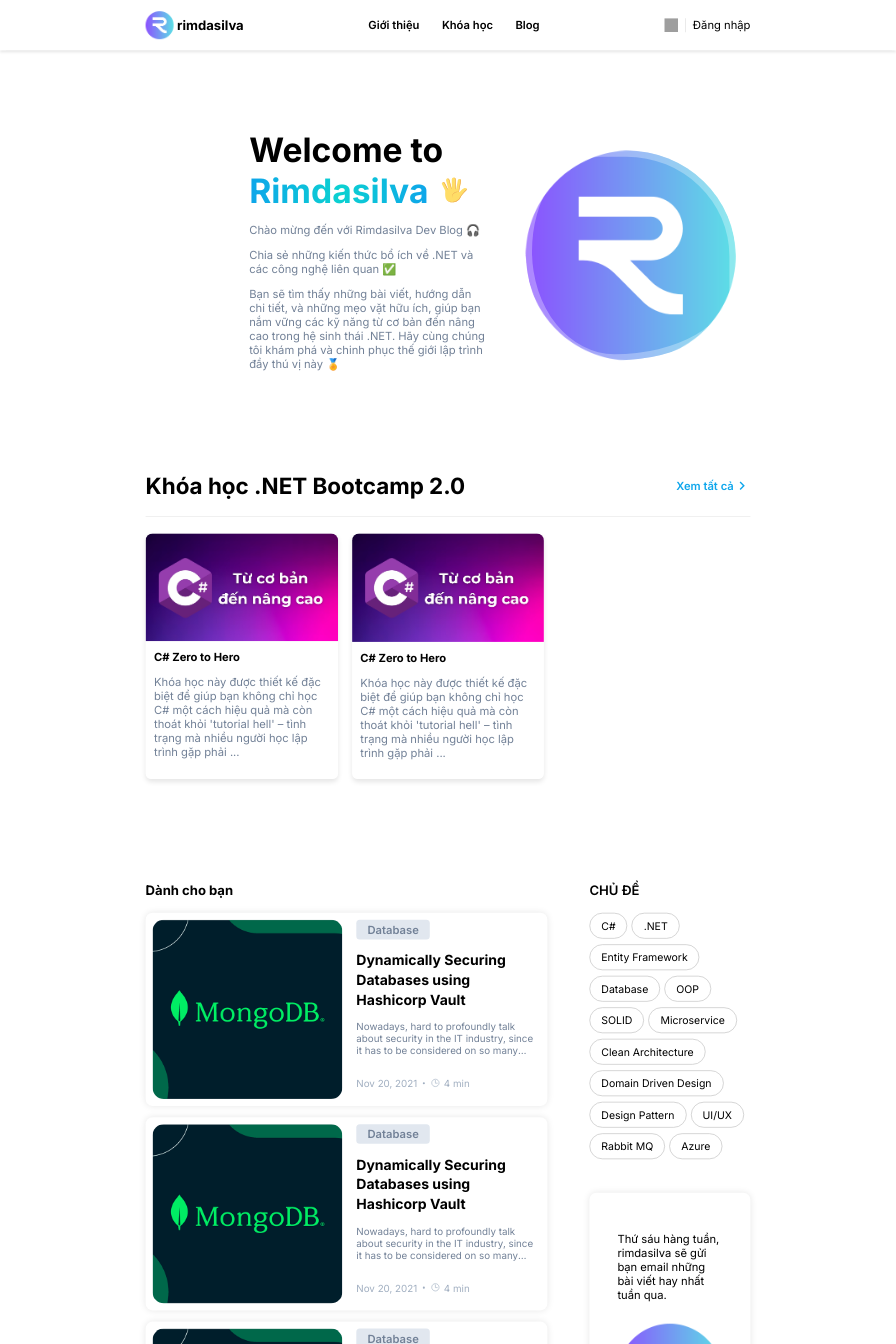
Repository: longblue2910/rimdasilva-blog-ui
Page: /
These files come from the project's save history. The page is drawn as it stood at one moment and after the next save; the edit follows.
The browser window is 1280 px wide. The pictures show the part of the page from y = 0 to 1920 px (the page is 3277 px tall), at 70% of full size.
Pictures or frames that could not be fetched are drawn as grey boxes. The page's requests for data from a server got no answer. The project was rebuilt for these pictures with package versions that can differ from the ones it lists, and the page was loaded fresh each time. The framework's server and built-in components were replaced by stand-ins that run in the browser. No one was signed in, and anything a server would have sent is missing. Also part of the build but not shown: next.config.js, src/components/notification/notification.module.css, src/components/notification/Notification.tsx.

Above is the page before, as saved 2024-08-05 23:17:26.

### src/app/layout.js
import Navbar from "@/components/navbar/Navbar";

import "./globals.css";
import Footer from "@/components/footer/Footer";
import { ThemeContextProvider } from "@/context/ThemeContext";
import ThemeProvider from "@/providers/ThemeProvider";
import { Inter, Noto_Sans } from "next/font/google";
import AuthProvider from "@/providers/AuthProvider";
import { ProgressProvider } from "@/context/ProgressContext";
import "@ionic/react/css/core.css"; // Import CSS chính của Ionic

import Head from "next/head";

const inter = Inter({
  subsets: ["vietnamese"],
  weight: ["300", "400", "500", "600", "700"], // Chỉ định các trọng lượng font mong muốn ở đây
});

export const metadata = {
  title: "Rimdasilva - EZ Coding",
  description: "Rimdasilva - EZ Coding",
  // icons: {
  //   icon: [
  //     {
  //       url: "/favicon.ico", // /public path
  //       href: "/favicon.ico", // /public path
  //     },
  //   ],
  // },
};

export default function RootLayout({ children }) {
  return (
    <html lang="en">
      <head>
        <link rel="icon" href="/favicon.ico" />
      </head>
      <body className={inter.className}>
        <AuthProvider>
          <ThemeContextProvider>
            <ThemeProvider>
              <ProgressProvider>
                <div className="container">
                  <div className="wrapper">
                    <Navbar />
                    {children}
                  </div>
                  <Footer />
                </div>
              </ProgressProvider>
            </ThemeProvider>
          </ThemeContextProvider>
        </AuthProvider>
      </body>
    </html>
  );
}

### src/app/page.jsx
import BlogCardList from "@/components/blogCardList/BlogCardList";
import styles from "./homepage.module.css";
import CardRectangleList from "@/components/cardRectangleList/CardRectangleList";
import Aside from "@/components/aside/Aside";
import Hero from "@/components/hero/Hero";

export default function Home({ searchParams }) {
  const page = parseInt(searchParams.page) || 1;

  return (
    <div className="section">
      <Hero />
      <CardRectangleList title={"Khóa học .NET Bootcamp 2.0"} size={2} />
      <div className={styles.blog}>
        <BlogCardList />
        <Aside />
      </div>
    </div>
  );
}

### src/context/ThemeContext.jsx
"use client";

import { createContext, useEffect, useState } from "react";
import { ThemeProvider, createTheme } from "@mui/material/styles";

export const ThemeContext = createContext();

const getFromLocalStorage = () => {
  if (typeof window !== "undefined") {
    const value = localStorage.getItem("theme");
    return value || "light";
  }
};

export const ThemeContextProvider = ({ children }) => {
  const [theme, setTheme] = useState(() => {
    return getFromLocalStorage();
  });

  const toggle = () => {
    setTheme((prevTheme) => (prevTheme === "light" ? "dark" : "light"));
  };

  useEffect(() => {
    localStorage.setItem("theme", theme);
  }, [theme]);

  const muiTheme = createTheme({
    palette: {
      mode: theme,
    },
  });

  return (
    <ThemeProvider theme={muiTheme}>
      <ThemeContext.Provider value={{ theme, toggle }}>
        {children}
      </ThemeContext.Provider>
    </ThemeProvider>
  );
};

### src/context/ProgressContext.tsx
"use client";

// ProgressContext.tsx
import React, { createContext, useState, useContext, ReactNode } from "react";

interface ProgressContextProps {
  isNavigating: boolean;
  startNavigation: () => void;
}

const ProgressContext = createContext<ProgressContextProps | undefined>(
  undefined
);

export const ProgressProvider: React.FC<{ children: ReactNode }> = ({
  children,
}) => {
  const [isNavigating, setIsNavigating] = useState(false);

  const startNavigation = () => {
    setIsNavigating(true);
    setTimeout(() => setIsNavigating(false), 500); // Giả sử thời gian điều hướng là 500ms
  };

  return (
    <ProgressContext.Provider value={{ isNavigating, startNavigation }}>
      {children}
    </ProgressContext.Provider>
  );
};

export const useProgress = (): ProgressContextProps => {
  const context = useContext(ProgressContext);
  if (context === undefined) {
    throw new Error("useProgress must be used within a ProgressProvider");
  }
  return context;
};

### src/components/blogCardList/BlogCardList.tsx
import styles from "./blogCardList.module.css";
import BlogCard from "../blogCard/BlogCard";

const BlogCardList = () => {
  const renderBlogCards = () => {
    const cardRectangles = [];
    for (let i = 0; i < 5; i++) {
      cardRectangles.push(<BlogCard />);
    }
    return cardRectangles;
  };

  return (
    <div className="section">
      <div className={styles.cardListHeader}>
        <h3 className={styles.title}>Dành cho bạn</h3>
        {/* <Link href="/" className={`${styles.getAll} hover1`}>
          Xem tất cả
          <KeyboardArrowRightIcon />
        </Link> */}
      </div>
      <div className={styles.cardList}>{renderBlogCards()}</div>
    </div>
  );
};

export default BlogCardList;

### src/app/homepage.module.css
.content {
  display: flex;
  gap: 50px;
}

.blog {
  display: grid;
  grid-template-columns: 5fr 2fr;
  gap: 60px;
}

### src/components/cardRectangleList/CardRectangleList.tsx
import styles from "./cardList.module.css";
import CardRectangle from "../cardRectangle/CardRectangle";
import Link from "next/link";
import KeyboardArrowRightIcon from "@mui/icons-material/KeyboardArrowRight";
import { Divider } from "@mui/material";

const CardRectangleList = ({ title, isPremium, size }) => {
  console.log(title);

  const renderCardRectangles = () => {
    const cardRectangles = [];
    for (let i = 0; i < size; i++) {
      cardRectangles.push(<CardRectangle isPremium={isPremium} />);
    }
    return cardRectangles;
  };

  return (
    <div className="section">
      <div className={styles.cardListHeader}>
        <h3 className="title">{title}</h3>
        <Link href="/" className={`${styles.getAll} hover1`}>
          Xem tất cả
          <KeyboardArrowRightIcon />
        </Link>
      </div>
      <Divider sx={{ margin: "1.5rem 0" }} />
      <div className={styles.cardList}>{renderCardRectangles()}</div>
    </div>
  );
};

export default CardRectangleList;

### src/components/aside/Aside.tsx
import Image from "next/image";
import Category from "../category/Category";
import styles from "./aside.module.css";

const Aside = () => {
  return (
    <div className="section">
      <div className={styles.topic}>
        <h3 className={styles.topicTitle}>Chủ đề</h3>
        <div className={styles.topicList}>
          <Category categoryName={"C#"} />
          <Category categoryName={".NET"} />
          <Category categoryName={"Entity Framework"} />
          <Category categoryName={"Database"} />
          <Category categoryName={"OOP"} />
          <Category categoryName={"SOLID"} />
          <Category categoryName={"Microservice"} />
          <Category categoryName={"Clean Architecture"} />
          <Category categoryName={"Domain Driven Design"} />
          <Category categoryName={"Design Pattern"} />
          <Category categoryName={"UI/UX"} />
          <Category categoryName={"Rabbit MQ"} />
          <Category categoryName={"Azure"} />
        </div>
      </div>
      <div className={styles.sidebar}>
        <p>
          Thứ sáu hàng tuần, rimdasilva sẽ gửi bạn email những bài viết hay nhất
          tuần qua.
        </p>
        <Image
          src="/logo.png"
          width={150}
          height={150}
          alt="Logo"
          objectFit="cover"
          loading="lazy"
        />
        <p>Nếu không muốn bỏ lỡ, bạn có thể đăng ký tại đây</p>
      </div>
    </div>
  );
};

export default Aside;

### src/components/themeToggle/ThemeToggle.jsx
"use client";

import React, { useContext } from "react";
import styles from "./themeToggle.module.css";
import Image from "next/image";
import { ThemeContext } from "@/context/ThemeContext";

const ThemeToggle = () => {
  const { toggle, theme } = useContext(ThemeContext);

  return (
    <div className={styles.container} onClick={toggle}>
      {theme === "dark" ? (
        <Image
          src="/sun.png"
          alt="moon"
          width={20}
          height={20}
          className="hover1"
        />
      ) : (
        <Image
          src="/sleep-mode_4906399.png"
          alt="moon"
          width={20}
          height={20}
          className="hover1"
        />
      )}
      <span className={styles.themeFill}></span>
    </div>
  );
};

export default ThemeToggle;

### src/components/progressBar/ProgressBar.tsx
// ProgressBar.tsx
import React from "react";
import styles from "./progressBar.module.css";

interface ProgressBarProps {
  isVisible: boolean;
}

const ProgressBar: React.FC<ProgressBarProps> = ({ isVisible }) => {
  return (
    <div
      className={`${styles.progressBar} ${isVisible ? styles.visible : ""}`}
    ></div>
  );
};

export default ProgressBar;

### src/components/footer/footer.module.css
.footer {
  padding-inline: 20px;
  /* border-radius: var(--radius-48); */
  color: var(--text-wild-blue-yonder);
  width: 100%;
  box-shadow: 0 -4px 6px rgba(0, 0, 0, 0.1);
  margin-top: 100px;
  background-color: var(--bg-oxford-blue-2);
  bottom: 0;
}

.footer h3 {
  color: var(--text-wild-blue-yonder);
}

.footerTop {
  display: grid;
  grid-template-columns: repeat(4, 1fr);
  grid-gap: 40px;
  padding-inline: 120px;
  padding-block: 40px;
}

.footerText {
  color: var(--footerText);
  line-height: var(--lineHeight-1);
  margin-block: 8px;
  font-size: 14px;
}

.logo {
  display: flex;
  align-items: center;
}

.logoText {
  color: #38b6ff;
}

.logoImg {
  background-color: var(--bg); /* Đảm bảo không có nền */
}

.footerBrand .footerListTitle {
  margin-block-end: 2px;
}

.footerListTitle {
  color: var(--textColor);
  font-size: var(--fontSize-7);
  margin-block-end: 30px;
}

.footerLink {
  padding-bottom: 12px;
}

.footer ion-icon {
  position: absolute;
  top: 50%;
  left: 0;
  transform: translateY(-50%);
  --ionicon-stroke-width: 40px;
}

.footerBottom {
  border-block-start: 1px solid var(--border-prussian-blue);
  padding-block: 20px;
  padding-inline: 120px;
}

.footerBottomContainer {
  display: flex;
  align-items: center;
  justify-content: space-between;
}

.copyright {
  margin-block-end: 10px;
}

.social {
  display: flex;
  gap: 7px;
  align-items: center;
}

@media screen and (max-width: 1280px) {
  .footerTop {
    padding-inline: 60px;
  }
}

@media screen and (max-width: 1024px) {
  .footer {
    margin-top: 20px;
  }

  .footerTop {
    padding-inline: 15px;
  }
}

@media screen and (max-width: 768px) {
  .footerTop {
    grid-template-columns: repeat(1, 1fr);
    gap: 20px;
  }
}

### src/components/blogCardList/blogCardList.module.css
.cardList {
  margin-top: 20px;
}

### src/components/blogCard/BlogCard.tsx
"use client";

import Image from "next/image";
import styles from "./blogCard.module.css";
import Link from "next/link";
import { IonIcon } from "@ionic/react";
import { timeOutline } from "ionicons/icons";

const BlogCard = () => {
  return (
    <div className={`${styles.blogCard} hover3`}>
      <div className={styles.cardBanner}>
        <Image
          src="/blog1.png"
          layout="fill"
          objectFit="cover"
          loading="lazy"
          alt="Blog Image"
        />
      </div>
      <div className={styles.cardContent}>
        <button className={styles.blogTopic}>Database</button>
        <h3 className={`${styles.title} hover4`}>
          <Link href="/">
            Dynamically Securing Databases using Hashicorp Vault
          </Link>
        </h3>
        <p className={styles.blogText}>
          Nowadays, hard to profoundly talk about security in the IT industry,
          since it has to be considered on so many different levels: from
          securing code chunks, securing containers, up to securing complex
          infrastructures and defining strong authorization and authentication
          policies across the enterprise. Nowadays, hard to profoundly talk
          about security in the IT industry, since it has to be considered on so
          many different levels: from securing code chunks, securing containers,
          up to securing complex infrastructures and defining strong
          authorization and authentication policies across the enterprise.
        </p>

        <div className={styles.wrapperFlex}>
          {/* <div className={styles.profileWrapper}>
            <Image
              src="/logo.png"
              alt="Author"
              className={styles.imgAuth}
              loading="lazy"
              width={50}
              height={50}
              layout="responsive"
            />
          </div> */}

          <div className={`${styles.wrapper}`}>
            {/* <h4 className="hover4">
              <Link href="#">rimdasilva</Link>
            </h4> */}

            <p className={styles.textSm}>
              <time>Nov 20, 2021</time>
              <span className={styles.separator}></span>
              <IonIcon icon={timeOutline} />
              <time>4 min</time>
            </p>
          </div>
        </div>
      </div>
    </div>
  );
};

export default BlogCard;

### src/components/cardRectangleList/cardList.module.css
.cardList {
  display: grid;
  grid-template-columns: repeat(3, 1fr);
  gap: 20px;
  margin-top: 20px;
}

.cardListHeader {
  display: flex;
  align-items: center;
  justify-content: space-between;
}

.getAll {
  color: var(--bg-carolina-blue);
  font-weight: 600;
  display: flex;
  align-items: center;
}

/* Responsive styles */
@media (max-width: 1280px) {
  .cardList {
    grid-template-columns: repeat(3, 1fr);
  }
}

/* @media (max-width: 1024px) {
    .cardList {
      grid-template-columns: repeat(3, 1fr);
    }
  } */

@media (max-width: 768px) {
  .cardList {
    grid-template-columns: repeat(2, 1fr);
  }
}

@media (max-width: 576px) {
  .cardList {
    grid-template-columns: 1fr;
  }
}

### src/components/cardRectangle/CardRectangle.tsx
"use client";

import Image from "next/image";
import styles from "./cardRectangle.module.css";
import Link from "next/link";
import Groups3OutlinedIcon from "@mui/icons-material/Groups3Outlined";
import { Divider } from "@mui/material";
import "@ionic/react/css/core.css"; // Import CSS chính của Ionic
import { IonIcon } from "@ionic/react";
import { people } from "ionicons/icons"; // Import icon bạn muốn sử dụng
const CardRectangle = ({ isPremium }) => {
  return (
    <div className={`${styles.card}`}>
      <Link href="/" className={styles.imgContainer}>
        <Image
          src="/csharp-post.jpeg"
          width={300}
          height={180}
          objectFit="cover"
          alt="C# Post"
          className={styles.cardImg}
        />
      </Link>

      <div className={styles.cardContent}>
        <h3 className={`${styles.title} hover1`}>
          <Link href="/">C# Zero to Hero</Link>
        </h3>
        <p className={styles.description}>
          Khóa học này được thiết kế đặc biệt để giúp bạn không chỉ học C# một
          cách hiệu quả mà còn thoát khỏi {"'tutorial hell'"} – tình trạng mà
          nhiều người học lập trình gặp phải ...
        </p>
        {/* <div className={styles.cardTag}>
          <span className={styles.price}>
            1.000.000<sup>₫</sup>
          </span>
        </div>
        <div className={styles.infoPrice}>
          <div className={styles.discount}>-33%</div>
          <div className={styles.priceDiscount}>
            <s>
              1.500.000<sup>₫</sup>
            </s>
          </div>
        </div>
        <Divider />
        <div className={styles.cardBottom}>
          <div className={styles.infoAuthor}>
            <Image
              src="/logo.png"
              width={18}
              height={18}
              alt="author"
              objectFit="cover"
            />
            <h4 className={styles.authorText}>rimdasilva</h4>
          </div>
          <div className={styles.infoCourse}>
            <span style={{ fontSize: "14px", fontWeight: 600 }}>103</span>
            <IonIcon icon={people} />
          </div>
        </div> */}
        {isPremium && (
          <div className={styles.proCourse}>
            <span>PRO</span>
          </div>
        )}
      </div>
    </div>
  );
};

export default CardRectangle;

### src/components/category/Category.tsx
"use client";

import styles from "./category.module.css";
import { IonIcon } from "@ionic/react";
import { serverOutline } from "ionicons/icons"; // Import icon bạn muốn sử dụng
import Link from "next/link";

const Category = ({ categoryName }) => {
  return (
    <div className={styles.categoryBtn}>
      <Link href="/">{categoryName}</Link>
    </div>
  );
};

export default Category;

### src/components/aside/aside.module.css
.topicList {
  display: flex;
  flex-wrap: wrap;
  margin-top: 20px;
}

.topicTitle {
  font-weight: 600;
  text-transform: uppercase;
}

.sidebar {
  margin-top: 40px;
  display: flex;
  flex-direction: column;
  align-items: center;
  gap: 15px;
  background: var(--background-primary);
  border-radius: 10px;
  padding: 40px;
  box-shadow: 0 0 10px rgba(0, 0, 0, 0.1);
}

### src/components/hero/hero.module.css
.heroGrid {
  display: grid;
  gap: 1.5rem;
  grid-template-columns: 116px repeat(2, 1fr);
  padding-top: 5.5rem;
  column-gap: 2rem;
  align-items: center;
}

.welcome {
  font-weight: 800;
  font-size: 3rem;
}

.rimdsv {
  background-image: var(--gradient-2);
  display: inline-block;
  -webkit-text-fill-color: transparent;
  -webkit-background-clip: text;
}
.homeHand {
  width: 38px;
  height: 38px;
  margin-left: 0.4rem;
}

.homeSocialIcon {
  font-size: 1.25rem;
}

.social {
  display: flex;
  align-items: center;
  flex-direction: column;
  gap: 20px;
}

.homeImg {
  background: url(../../../public/logo.png);
  background-repeat: no-repeat;
  background-position: center;
  background-size: cover;
  box-shadow: inset 0 0 0 9px rgb(255 255 255 / 30%);
  order: 1;
  justify-self: center;
  width: 300px;
  height: 300px;
  animation: profile__animate 8s ease-in-out infinite 1s;
}

@keyframes profile__animate {
  0% {
    border-radius: 60% 40% 30% 70%/60% 30% 70% 40%;
  }
  50% {
    border-radius: 30% 60% 70% 40%/50% 60% 30% 60%;
  }
  100% {
    border-radius: 60% 40% 30% 70%/60% 30% 70% 40%;
  }
}

.homeDescription {
  color: var(--foreground-secondary);
}

### src/components/themeToggle/themeToggle.module.css
.container {
  display: flex;
  cursor: pointer;
  align-items: center;
}

/* 31:06 */

### src/components/authLinks/authLinks.module.css
.links {
  cursor: pointer;
}

.burger {
  width: 18px;
  height: 12px;
  flex-direction: column;
  justify-content: space-between;
  cursor: pointer;
  display: none;
}

.line {
  width: 100%;
  height: 2px;
  background-color: var(--textColor);
}

.reponsiveMenu {
  position: absolute;
  top: 50px;
  left: 0;
  background-color: var(--bg);
  height: calc(110vh - 100px);
  width: 100%;
  display: flex;
  flex-direction: column;
  align-items: center;
  justify-content: center;
  gap: 50px;
  font-size: 36px;
  z-index: 1;
}

@media screen and (max-width: 640px) {
  /* .burger {
    display: flex;
  } */

  .link {
    display: none;
  }
}

@media screen and (max-width: 390px) {
  .loginLink {
    font-size: 14px;
  }
}

### src/components/progressBar/progressBar.module.css
/* progressBar.module.css */

.progressBar {
  position: fixed;
  top: 0;
  left: 0;
  height: 4px;
  width: 100%;
  background-color: transparent;
  transform: translateX(-100%);
  transition: transform 0.4s ease-out;
}

.progressBar.visible {
  transform: translateX(0);
  background-color: var(
    --bg-carolina-blue
  ); /* Màu của thanh chạy, có thể thay đổi theo biến của bạn */
}

### src/components/blogCard/blogCard.module.css
.blogCard {
  background: var(--background-primary);
  padding: 10px;
  margin-bottom: 1rem;
  border-radius: 10px;
  box-shadow: 0 0 10px rgba(0, 0, 0, 0.1);
  transition: 0.25s ease;

  display: grid;
  grid-template-columns: 3fr 4fr;
  gap: 20px;
  cursor: pointer;
}
.h4 {
  color: var(--foreground-secondary);
}

.cardBanner {
  display: flex;
  border-radius: var(--radius-16);
  transition: var(--transition-1);
  position: relative;
  height: auto;
  min-width: 271px;
  overflow: hidden;
}

.blogTopic {
  background: var(--action-primary);
  color: var(--foreground-secondary);
  font-weight: 600;
  padding: 0.25rem 1rem;
  border-radius: 5px;
  margin-bottom: 1rem;
}

.blogTopic:hover {
  background: var(--foreground-secondary);
  color: var(--action-secondary);
}

.title {
  line-height: 1.4;
  margin-bottom: 1rem;
  font-size: var(--fs-3);
  font-weight: 700;
}

.blogText {
  color: var(--foreground-secondary);
  font-size: var(--fs-4);
  display: -webkit-box;
  line-clamp: 3;
  -webkit-line-clamp: 3;
  -webkit-box-orient: vertical;
  overflow: hidden;
  margin-bottom: 1rem;
}

.wrapperFlex {
  display: flex;
  justify-content: start;
  align-items: center;
  gap: 10px;
}

.profileWrapper {
  width: 56px;
  height: 56px;
  background: var(--action-primary);
  padding: 3px;
  border-radius: 50%;
}

.textSm {
  display: flex;
  align-items: center;
  gap: 5px;
  color: var(--foreground-tertiary);
  font-size: var(--fs-4);
}

.separator {
  background: var(--foreground-tertiary);
  margin-inline: 3px;
  margin: 0 3px;
  width: 3px;
  height: 3px;
  border-radius: 3px;
}

### src/components/category/category.module.css
.categoryBtn {
  border: 1px solid #c4c4c4;
  border-radius: 47px;
  padding: 0.5rem 1rem;
  margin-bottom: 8px;
  font-size: 15px;
  margin-right: 6px;
  background: var(--background-primary);
}

.categoryBtn:hover {
  background: var(--background-secondary);
}

Loaded but not shown: src/providers/ThemeProvider.jsx (common file); src/providers/AuthProvider.jsx (common file); src/app/globals.css (409 lines, source omitted); src/components/hero/Hero.tsx (106 lines, source omitted); src/components/authLinks/AuthLink.tsx (154 lines, source omitted); src/components/navbar/Navbar.jsx (131 lines, source omitted); src/components/navbar/navbar.module.css (197 lines, source omitted); src/components/footer/Footer.jsx (95 lines, source omitted); src/components/cardRectangle/cardRectangle.module.css (198 lines, source omitted)

After the next save:
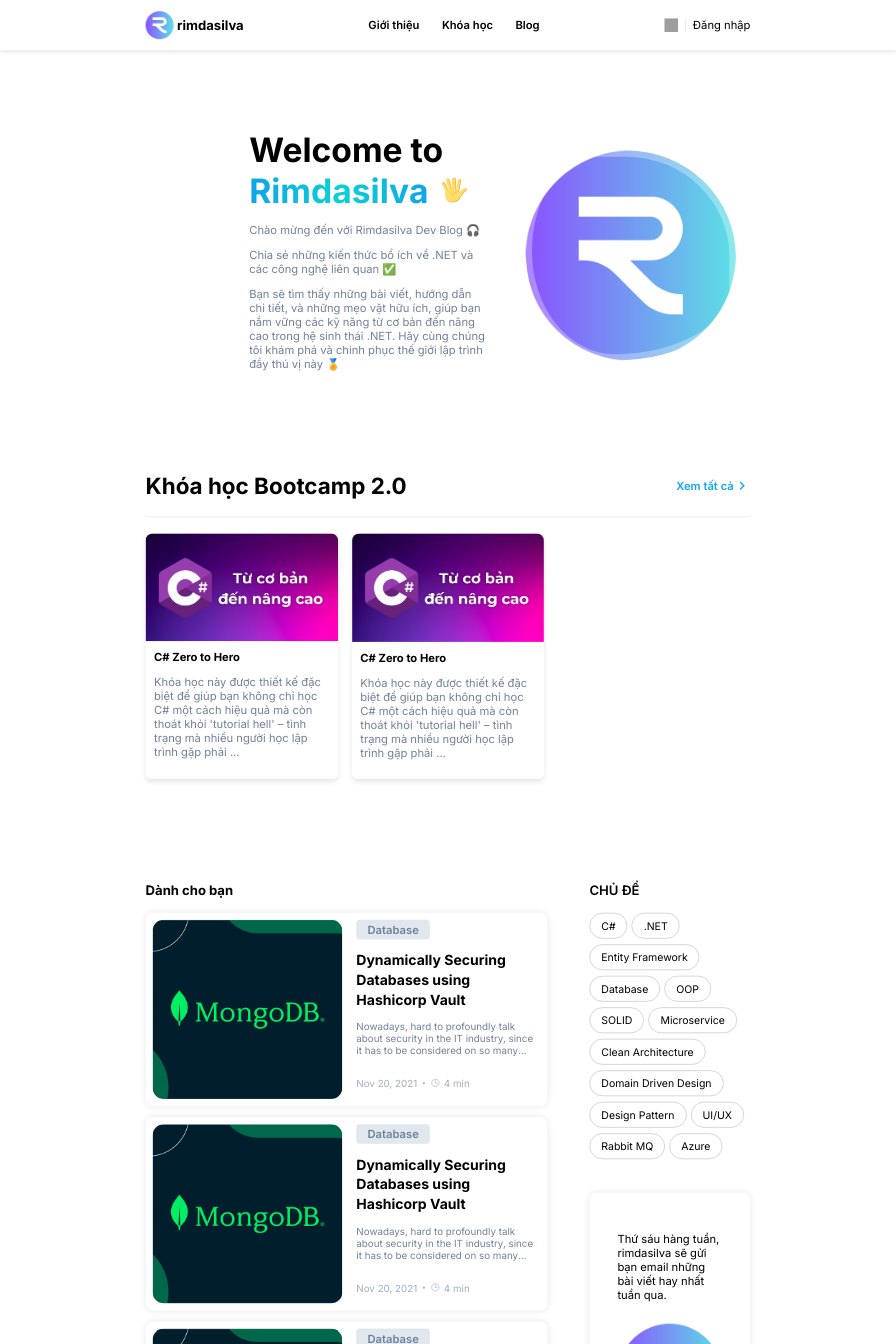
Saved 11 s later.
--- a/src/app/page.jsx
+++ b/src/app/page.jsx
@@ -10,7 +10,7 @@
   return (
     <div className="section">
       <Hero />
-      <CardRectangleList title={"Khóa học .NET Bootcamp 2.0"} size={2} />
+      <CardRectangleList title={"Khóa học Bootcamp 2.0"} size={2} />
       <div className={styles.blog}>
         <BlogCardList />
         <Aside />
